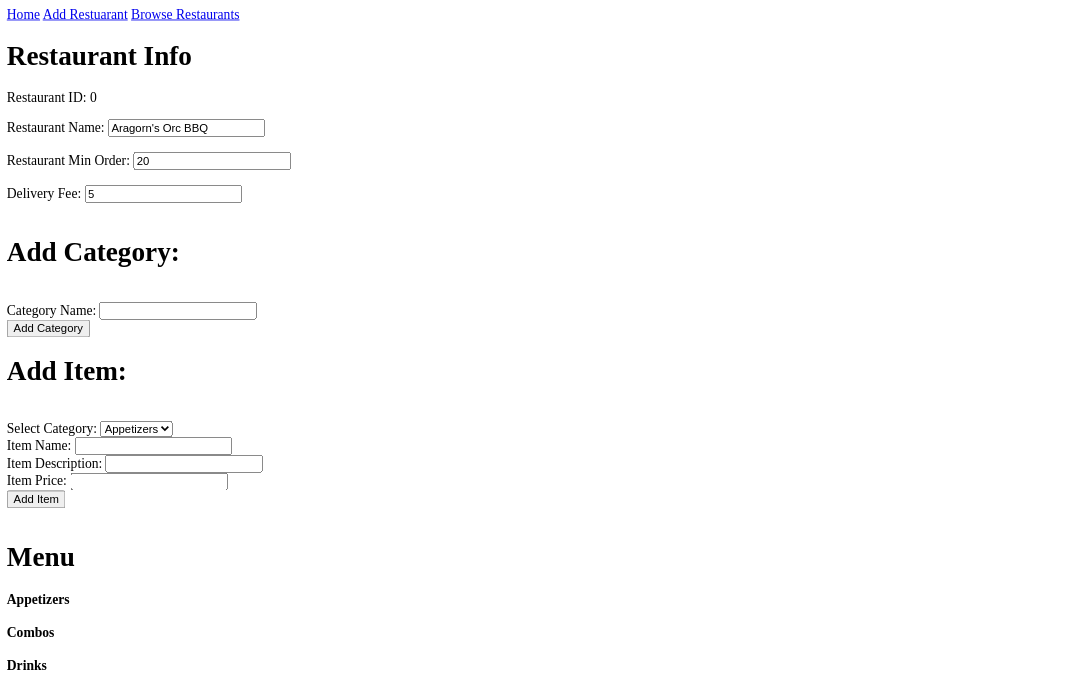
Repository: hudaali14/Carleton
Page: http://localhost/restaurants/0
An editor plug-in stored every save of this project. The page is shown before and after the next save, followed by the edit.
The browser window is 1280 px wide. The pictures show the whole page, at 85% of full size.
The page is served by the project's Node server (server.js).

Above is the page before, as saved 2020-03-12 18:31:51.

After the next save:
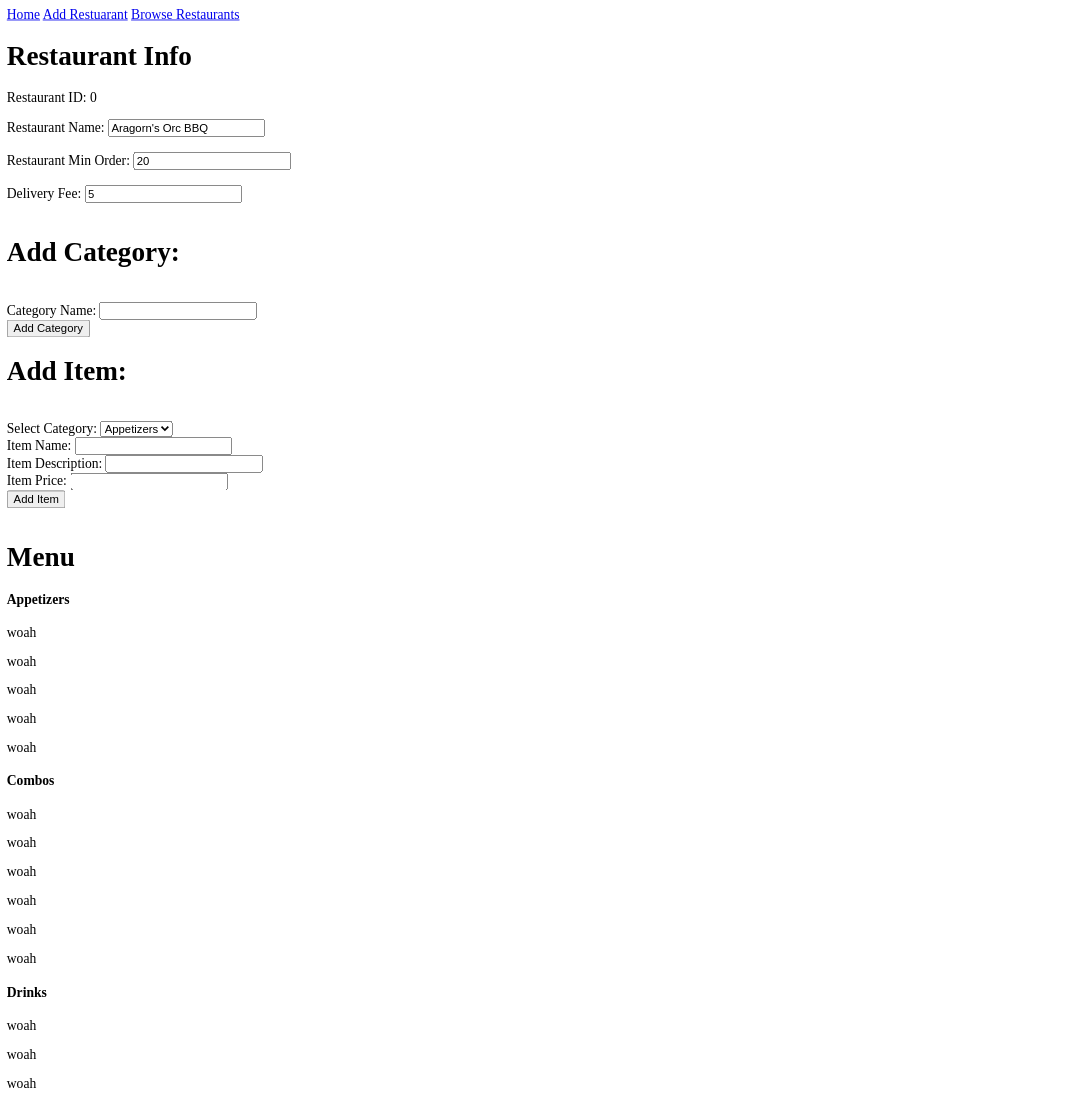
Saved 25 s later.
--- a/2406/Assignments/Assignment3 (100)/views/pages/restaurantpage.pug
+++ b/2406/Assignments/Assignment3 (100)/views/pages/restaurantpage.pug
@@ -55,4 +55,5 @@ body
         h4 #{category}
         - let items = Object.keys(restaurant.menu[category])
         each item in items
+            p woah
             p #{item.name}
